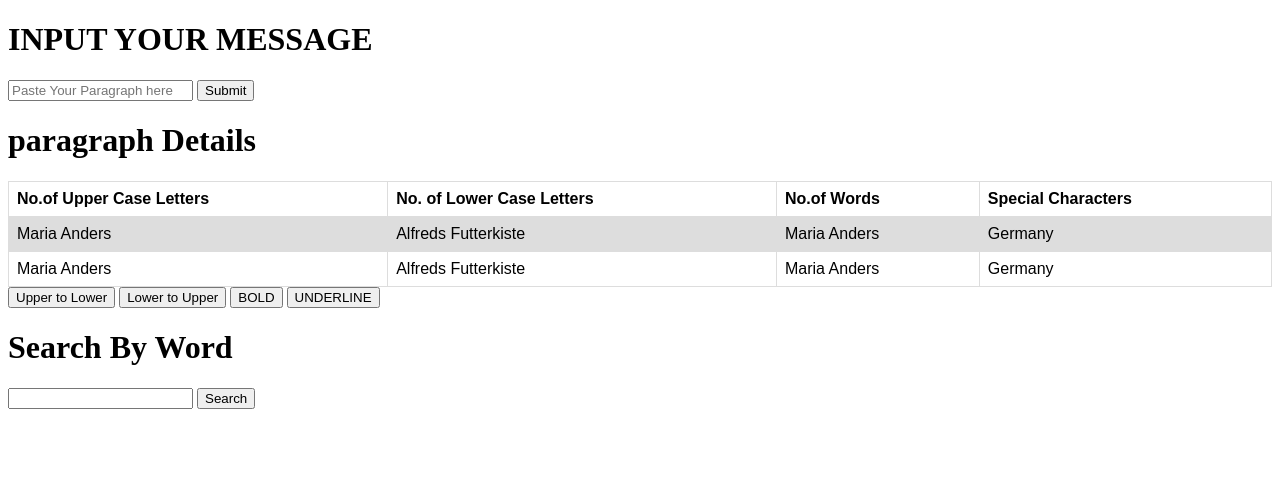
Repository: SharonSebastian32/Paragraph_management_application
Page: index.html
The author's editor kept a copy of each file at every save. The page is drawn from the files as they stood at one save, then again after a run of saves.
The browser window is 1280 px wide. The pictures show the whole page.

Above is the page before, as saved 2024-08-22 14:39:44.

After the next 4 saves:
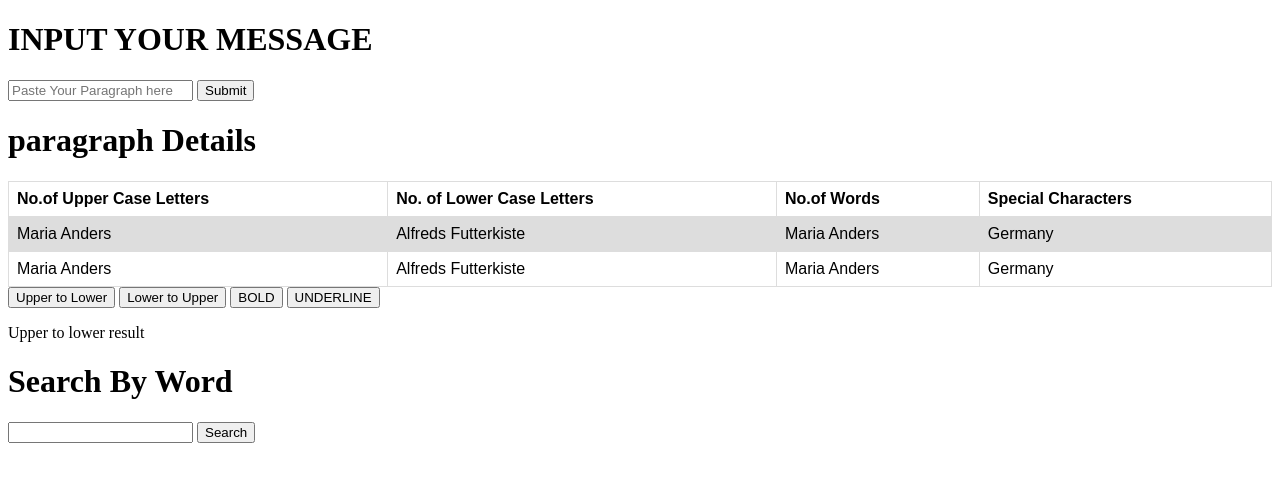
The 4 saves are shown as one change because they came seconds apart.
The last was saved 15 s later.
--- a/index.html
+++ b/index.html
@@ -49,6 +49,7 @@
       <button>BOLD</button>
       <button>UNDERLINE</button>
     </div>
+    <p>Upper to lower result</p>
     <p></p>
     <div>
       <h1>Search By Word</h1>
